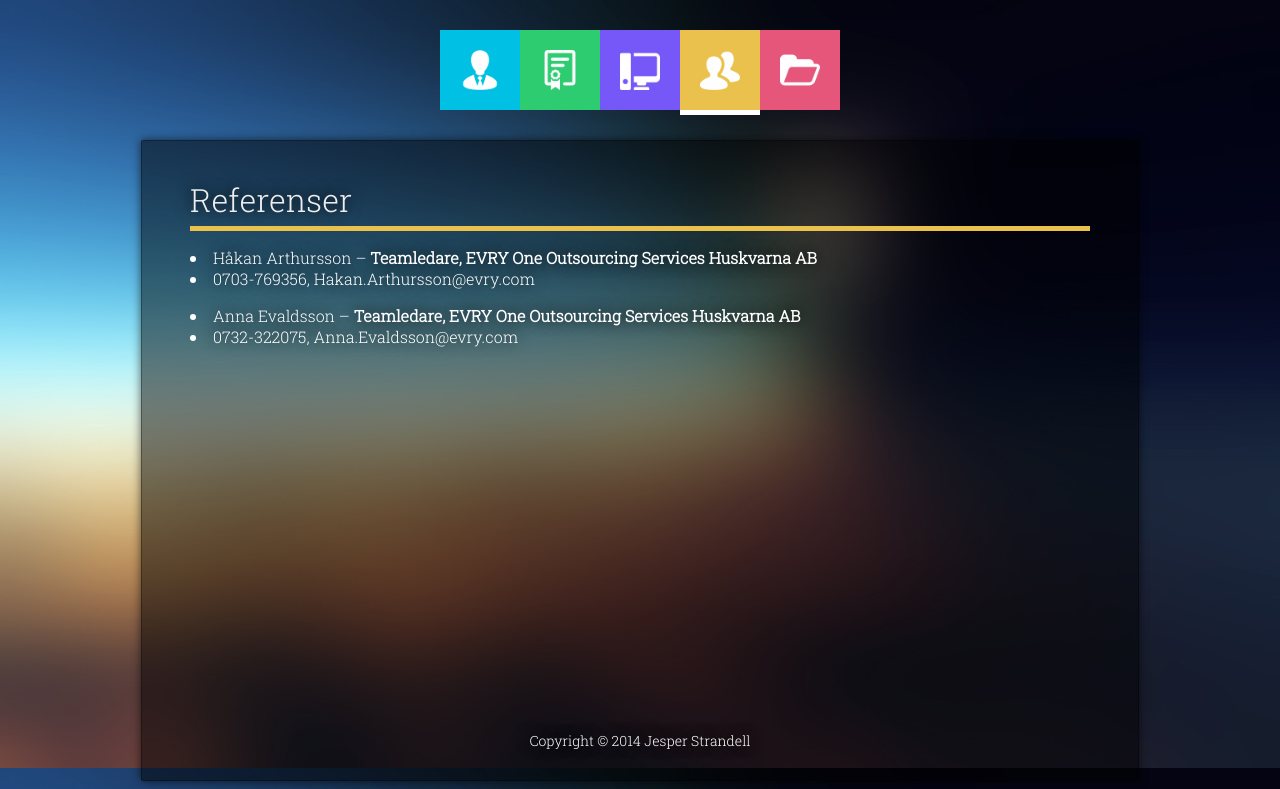
Repository: ja222vv/minipage
Page: pages/references.html
The author's editor kept a record of every edit. The page is drawn from the files as they stood at one moment, then again after the next edit.
The browser window is 1280 px wide. The pictures show the whole page.
Backgrounds fixed to the window are drawn as part of the page.

Above is the page before.
Not found: pages/scripts/script.js

After the next edit:
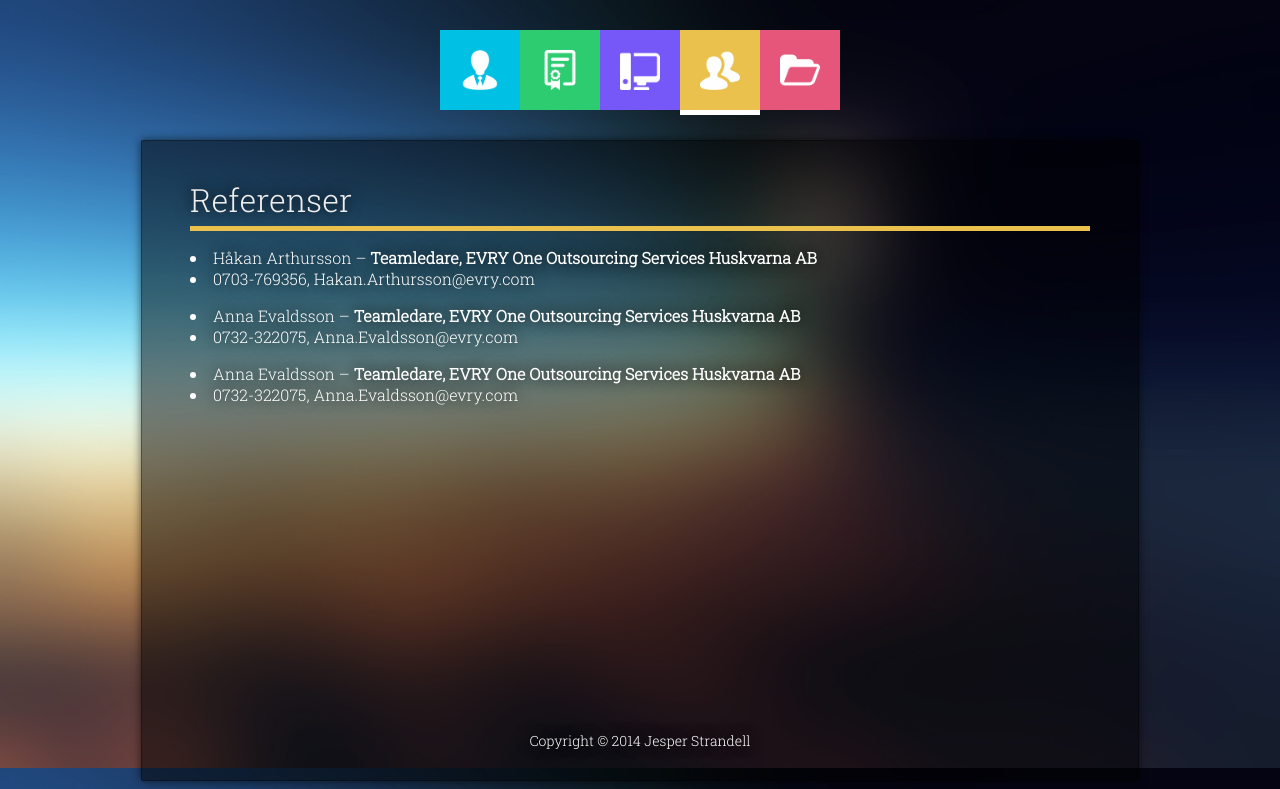
The edit:
--- a/pages/references.html
+++ b/pages/references.html
@@ -51,7 +51,10 @@
                         <li>0703-769356, Hakan.Arthursson@evry.com</li>
                 </p>
                 <p>
+                    <li>Anna Evaldsson – <b>Teamledare, EVRY One Outsourcing Services Huskvarna AB</b></li>
 
+
+                        <li>0732-322075, Anna.Evaldsson@evry.com</li>
                 </p>
 
                         <li>Anna Evaldsson – <b>Teamledare, EVRY One Outsourcing Services Huskvarna AB</b></li>

After the 4 edits that followed:
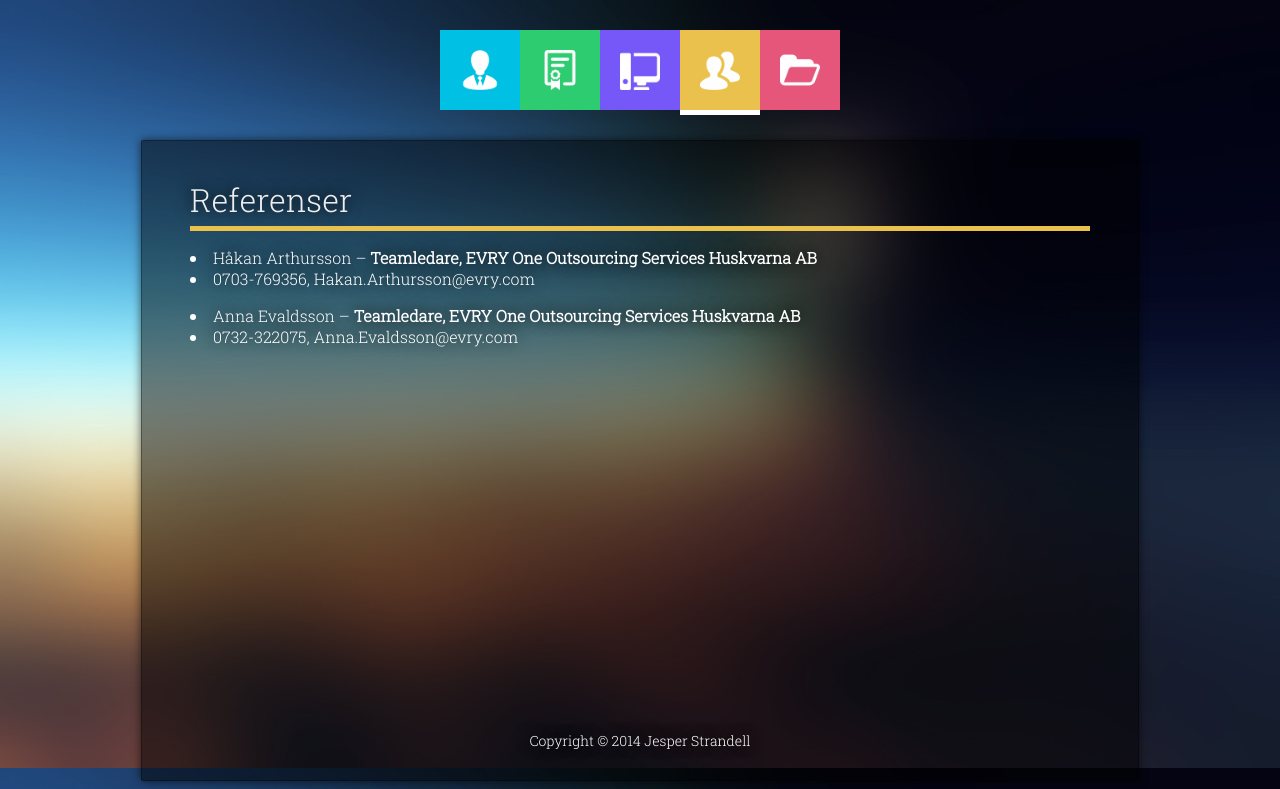
The 4 edits are shown as one change because 3 left the picture as it was.
The edit:
--- a/pages/references.html
+++ b/pages/references.html
@@ -45,25 +45,13 @@
             </div>
             <div class="subcontent">
                 <p>
-                        <li>Håkan Arthursson – <b>Teamledare, EVRY One Outsourcing Services Huskvarna AB</b></li>
-
-
-                        <li>0703-769356, Hakan.Arthursson@evry.com</li>
+                    <li>Håkan Arthursson – <b>Teamledare, EVRY One Outsourcing Services Huskvarna AB</b></li>
+                    <li>0703-769356, Hakan.Arthursson@evry.com</li>
                 </p>
                 <p>
                     <li>Anna Evaldsson – <b>Teamledare, EVRY One Outsourcing Services Huskvarna AB</b></li>
-
-
-                        <li>0732-322075, Anna.Evaldsson@evry.com</li>
+                    <li>0732-322075, Anna.Evaldsson@evry.com</li>
                 </p>
-
-                        <li>Anna Evaldsson – <b>Teamledare, EVRY One Outsourcing Services Huskvarna AB</b></li>
-
-
-                        <li>0732-322075, Anna.Evaldsson@evry.com</li>
-
-
-
             </div>
 		    <div class="footer">
 		        <p>Copyright © 2014 Jesper Strandell</p>
